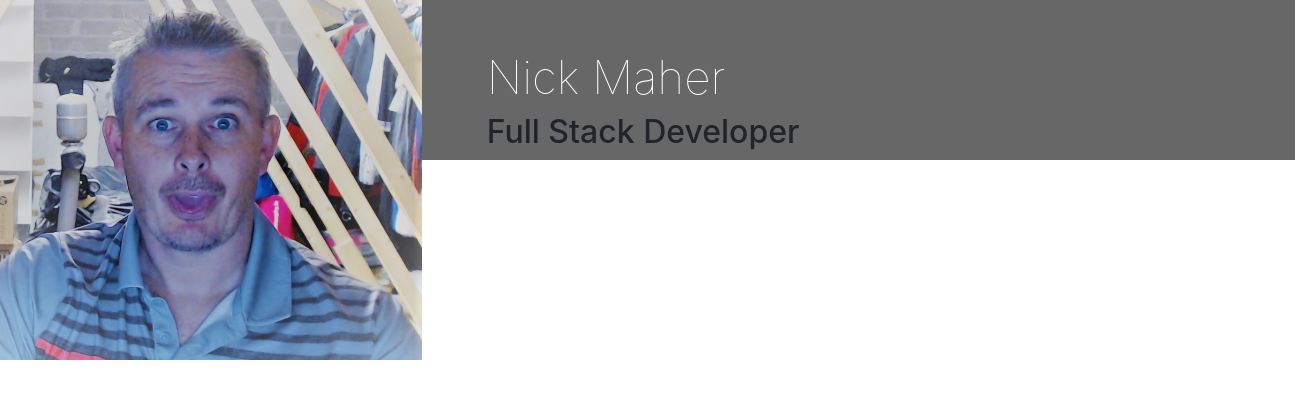
Repository: nick-maher/My-CV
Page: index.html
The author's editor kept a record of every edit. The page is drawn from the files as they stood at one moment, then again after the next edit.
The browser window is 1280 px wide. The page is 1295 px wide, so the pictures cover 1295 px, including what lies to the right of the window. The pictures show the whole page.

Above is the page before.

### index.html
<!DOCTYPE html>
<html lang="en">
<head>
    <meta charset="UTF-8">
    <meta name="viewport" content="width=device-width, initial-scale=1.0">
    <meta http-equiv="X-UA-Compatible" content="ie=edge">

    <link rel="stylesheet" href="https://stackpath.bootstrapcdn.com/bootstrap/4.3.1/css/bootstrap.min.css" type="text/css" />
    <link rel="stylesheet" href="https://stackpath.bootstrapcdn.com/font-awesome/4.7.0/css/font-awesome.min.css" type="text/css" />
    <link rel="stylesheet" href="assets/css/style.css" type="text/css" />

    <title>Nick's CV</title>

</head>

<body>
    <header>
  <div class= "row">

      <a href = "index.html" class= "col-md-4 logo">  </a>



      <div class= "col-md-8">
         <div class= "row bg-color-name-title">
          <div class= "col heading " >
             <h1 class = "name">Nick Maher</h1>
             <h2 class = "title">Full Stack Developer</h2>
          </div>


         </div>



      </div>




  </div>

    </header>

    <section>


    </section>

    <footer>


    </footer>




</body>
</html>

### assets/css/style.css
@import url('https://fonts.googleapis.com/css?family=Roboto:100,200,300,400,500,600,700|Exo:100,200,300,400,500,600,700');

/* -------------------------------------------COLOURS */

.bg-color-name-title {
        background-color: #676767;
}

/* -------------------------------------------HEADINGS */

.header {
    margin:0;
}
.heading {

    margin-left: 50px;
}



.logo {
    background: url("../images/nick.jpg");
    background-position: center;
    background-repeat: no-repeat;
    background-size: cover;
    min-height: 360px;
    transition: all .5s ease-in-out;
    -moz-transition: all .5s ease-in-out;
    -webkit-transition: all .5s ease-in-out;
}



.name{
    font-family: "Exo" sans-serif;
    font-weight: 100;
    font-size: 46px;
    margin-top: 50px;
    color: #fff;
}

.title

After the next edit:
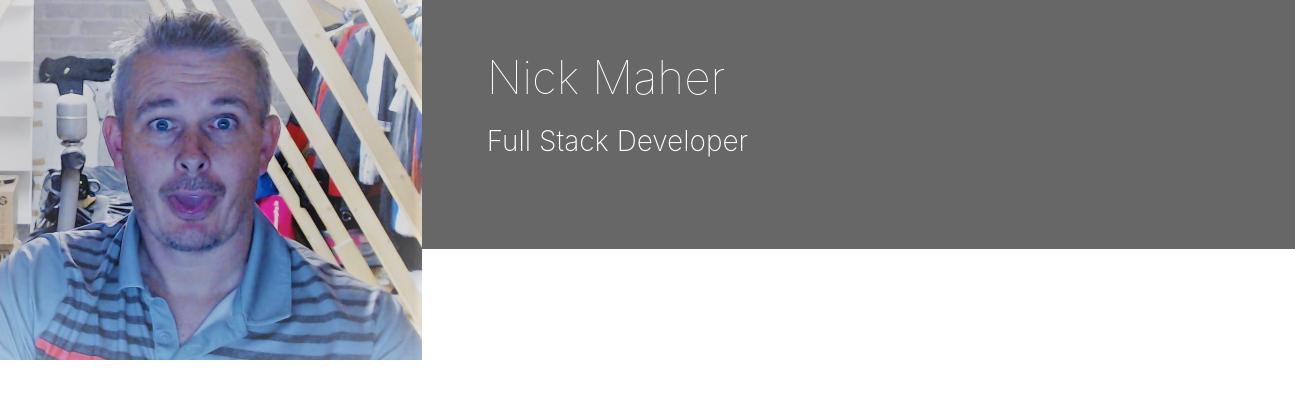
The edit:
--- a/assets/css/style.css
+++ b/assets/css/style.css
@@ -39,4 +39,11 @@
     color: #fff;
 }
 
-.title
+.title{
+    font-family: "Roboto"sans-serif;
+    font-weight: 200;
+    font-size: 28px;
+    margin-top: 20px;
+    margin-bottom: 90px;
+    color: #ffffff;
+}
